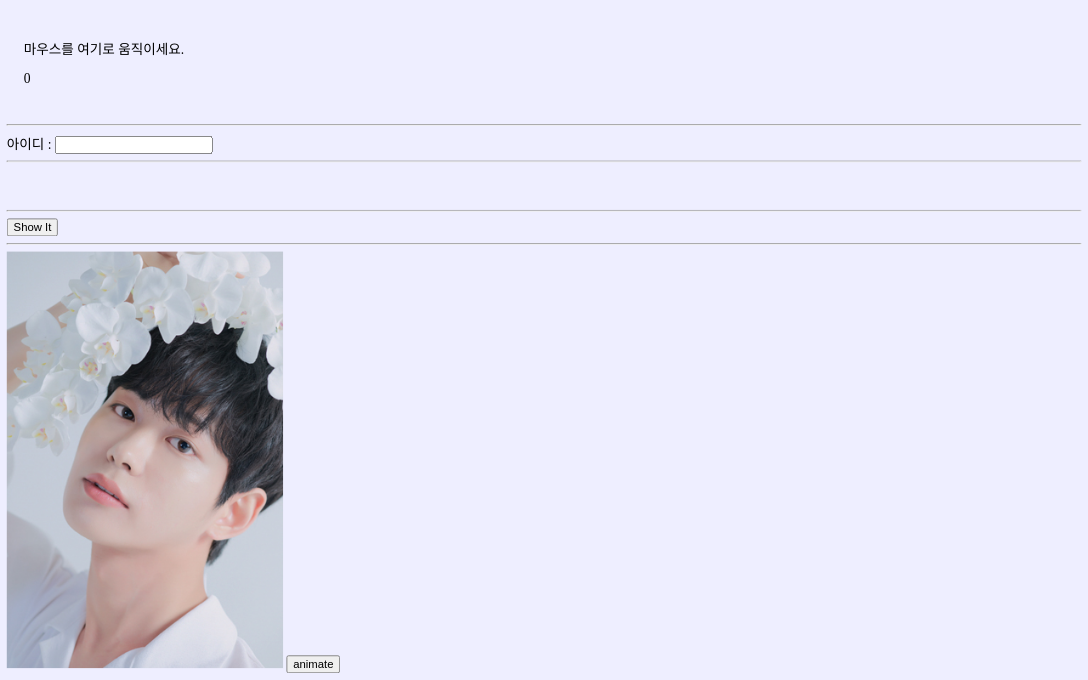
Repository: gpqls12321/public
Page: javascript_jquery/WebContent/jQuery_ex02.html
An editor plug-in stored every save of this project. The page is shown before and after the next save, followed by the edit.
The browser window is 1280 px wide. The pictures show the whole page, at 85% of full size.

Above is the page before, as saved 2021-04-15 02:36:20.

After the next save:
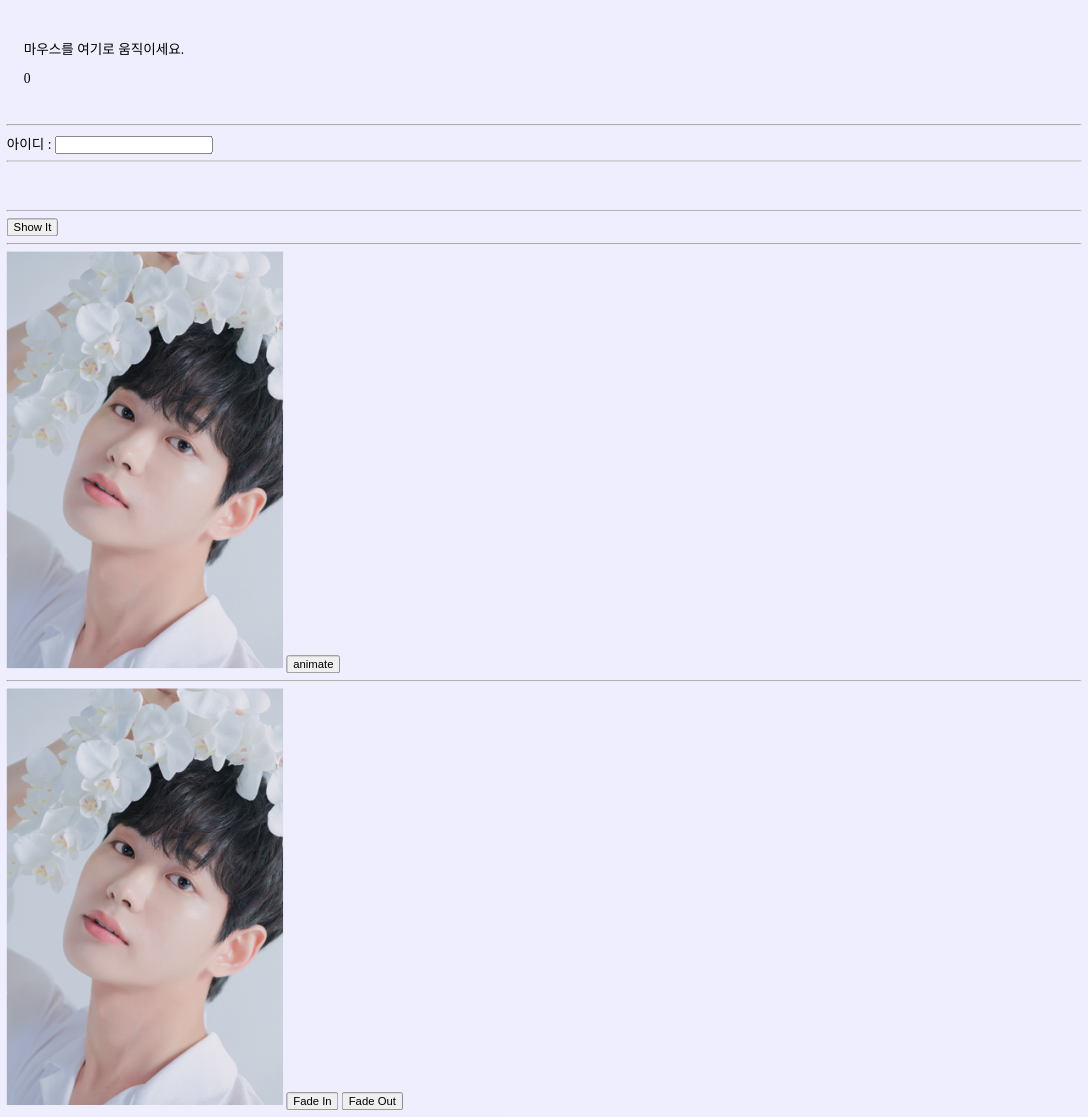
Saved 4 min 2 s later.
--- a/javascript_jquery/WebContent/jQuery_ex02.html
+++ b/javascript_jquery/WebContent/jQuery_ex02.html
@@ -44,6 +44,14 @@
 				left : "100px"
 			});
 		});
+
+		$("#fade-in").click(function() {
+			$("fade_lee").fadeIn("fast");
+		});
+
+		$("#fade-out").click(function() {
+			$("#fade_lee").fadeOut(400);
+		});
 	});
 </script>
 </head>
@@ -63,5 +71,9 @@
 	<hr>
 	<img id="ani_lee" alt="이세진" src="images/이세진.jpg" style="position: relative;" width="325px;" height="490px;">
 	<button id="animate">animate</button>
+	<hr>
+	<img id="fade_lee" alt="이세진" src="images/이세진.jpg" style="position: relative;" width="325px;" height="490px;">
+	<button id="fade-in">Fade In</button>
+	<button id="fade-out">Fade Out</button>
 </body>
 </html>
